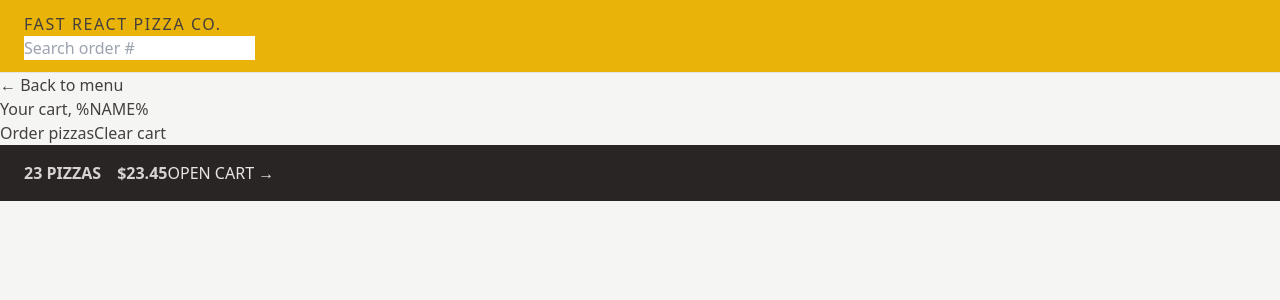
Repository: masamichan/pizza-vite
Page: /cart
The author's editor kept a copy of each file at every save. The page is drawn from the files as they stood at one save, then again after the next save.
The browser window is 1280 px wide. The pictures show the whole page.
The project was rebuilt for these pictures with package versions that can differ from the ones it lists, and the page was loaded fresh each time. Also part of the build but not shown: vite.config.js, src/ui/Home.jsx, src/services/apiRestaurant.js, src/utils/helpers.js, src/features/menu/MenuItem.jsx, src/features/menu/Menu.jsx, src/features/order/CreateOrder.jsx, src/features/order/Order.jsx and 2 more. Imported but missing from the stored project, and not drawn on this page: src/features/user/CreateUser.

Above is the page before, as saved 2023-12-22 10:21:36.

### src/App.jsx
import { RouterProvider, createBrowserRouter } from "react-router-dom"
import Home from './ui/Home'
import Menu, {loader as menuLoader} from './features/menu/Menu';
import Cart from './features/cart/Cart';
import CreateOrder, {action as createOrderAction} from './features/order/CreateOrder';
import Order, {loader as orderLoader} from "./features/order/Order"
import AppLayout from "./ui/AppLayout";
import Error from "./ui/Error"

const router = createBrowserRouter([
  {
    element: <AppLayout />,
    errorElement: <Error />,
    children: [
  { path: "/", element: <Home/>},
  { path: "/menu", element: <Menu />, loader: menuLoader, errorElement: <Error />},
  {path: "/cart",element: <Cart />},
  {path: "/order/new",element: <CreateOrder />, action: createOrderAction},
  {path: "/order/:orderId", element: <Order />, loader: orderLoader, errorElement: <Error />}
    ],
  },
])




function App() {
  return <RouterProvider router={router} />
}

export default App

### src/ui/AppLayout.jsx
import Header from "./Header"
import Loader from './Loader'
import { Outlet, useNavigation } from "react-router-dom"
import CartOverview from "../features/cart/CartOverview"


function AppLayout() {
  const navigation = useNavigation()
  const isLoading = navigation.state === "loading"
  return (
    <div className="layout">
    {isLoading && <Loader />}

    <Header />
    <main>
      <Outlet />
    </main>
    <CartOverview/>
    </div>
  )
}

export default AppLayout

### src/ui/Header.jsx
import { Link } from 'react-router-dom';
import SearchOrder from '../features/order/SearchOrder';
import UserName from '../features/user/UserName';

function Header() {
  return (
    <header className="border-b border-stone-200 bg-yellow-500 px-4 py-3 uppercase sm:px-6">
      <Link to="/" className="tracking-widest">
        Fast React Pizza Co.
      </Link>
      <SearchOrder />
      <UserName />
    </header>
  );
}

export default Header;

### src/features/cart/CartOverview.jsx
import { Link } from 'react-router-dom';

function CartOverview() {
  return (
    <div className="flex items-center bg-stone-800 px-4 py-4 text-sm uppercase text-stone-200 sm:px-6 md:text-base">
      <p className="sm-space-x-6 space-x-4 font-semibold text-stone-300">
        <span>23 pizzas</span>
        <span>$23.45</span>
      </p>
      <Link to="/cart">Open cart &rarr;</Link>
    </div>
  );
}

export default CartOverview;

### src/features/order/SearchOrder.jsx
import { useState } from "react"
import { useNavigate } from "react-router-dom";

function SearchOrder() {

  const[query, setQuery] = useState('')
  const navigate = useNavigate()

  function handleSubmit(e) {
    e.preventDefault();
    if(!query) return;
    navigate(`/order/${query}`)
    setQuery("");
  }

  return (
    <form onSubmit={handleSubmit}>
      <input
      placeholder="Search order #"
      value={query}
      onChange={(e) => setQuery(e.target.value)}
      />
    </form>
  )
}

export default SearchOrder

### src/features/user/UserName.jsx

function UserName() {
  return (
    <div className="text-sm hidden font-semibold">Masami</div>
  )
}

export default UserName

Loaded but not shown: index.html (common file); src/main.jsx (common file); src/index.css (common file); src/features/cart/Cart.jsx (common file); tailwind.config.js (common file)

After the next save:
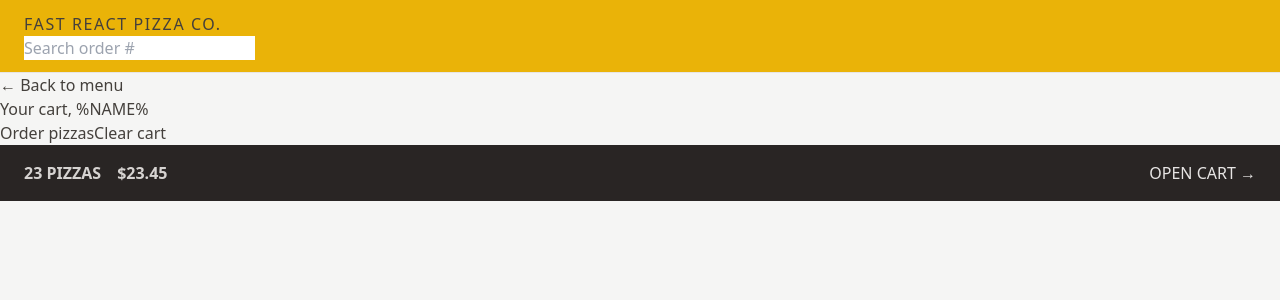
Saved 68 s later.
--- a/src/features/cart/CartOverview.jsx
+++ b/src/features/cart/CartOverview.jsx
@@ -2,7 +2,7 @@ import { Link } from 'react-router-dom';
 
 function CartOverview() {
   return (
-    <div className="flex items-center bg-stone-800 px-4 py-4 text-sm uppercase text-stone-200 sm:px-6 md:text-base">
+    <div className="flex items-center justify-between bg-stone-800 px-4 py-4 text-sm uppercase text-stone-200 sm:px-6 md:text-base">
       <p className="sm-space-x-6 space-x-4 font-semibold text-stone-300">
         <span>23 pizzas</span>
         <span>$23.45</span>
